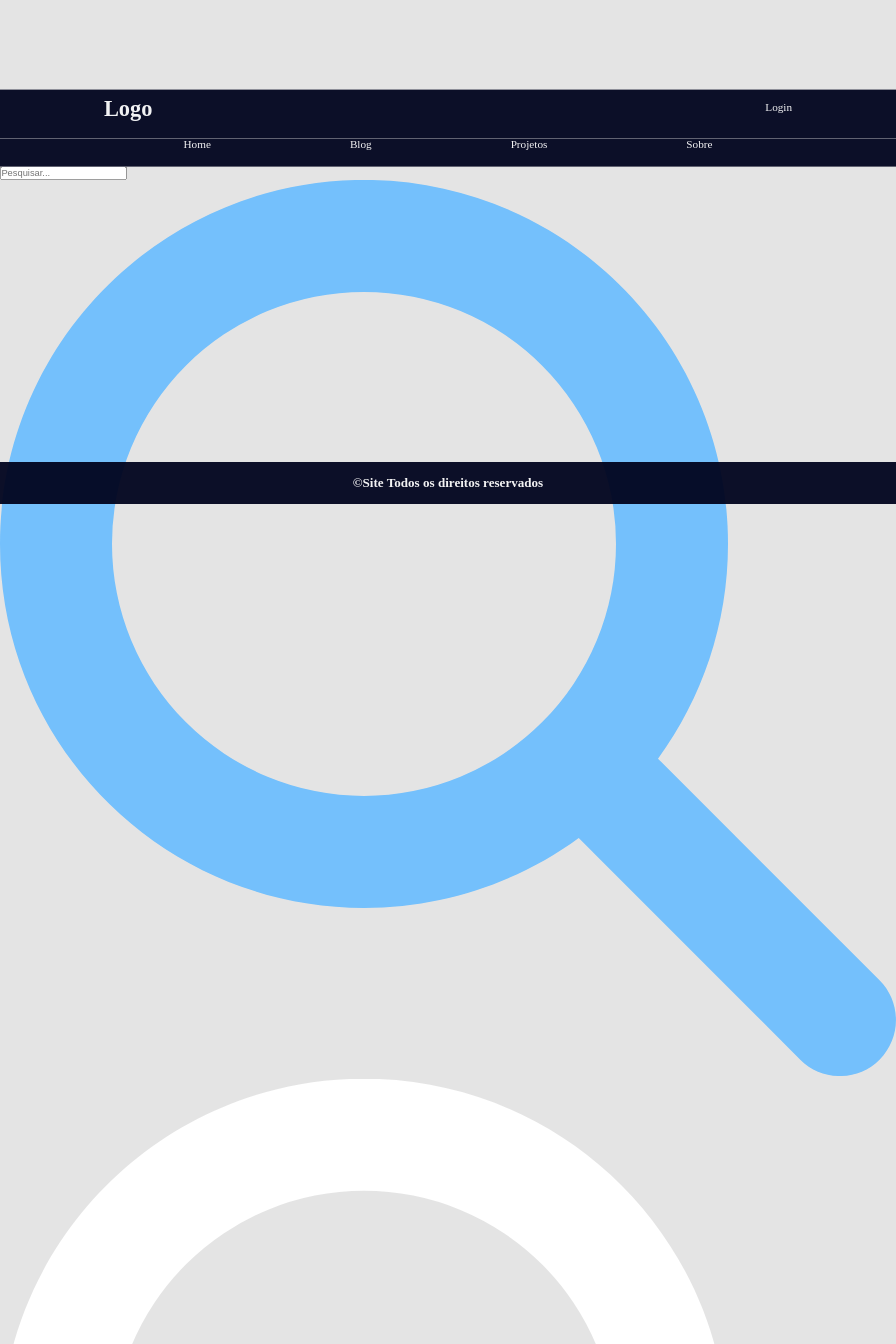
Repository: SauloMorais01/mysitefront-end
Page: src/pages/blog.html
The author's editor kept a copy of each file at every save. The page is drawn from the files as they stood at one save, then again after the next save.
The browser window is 1280 px wide. The pictures show the part of the page from y = 0 to 1920 px (the page is 3645 px tall before and 1088 px after), at 70% of full size.
Some web libraries are served in a nearby version.

Above is the page before, as saved 2024-11-03 12:33:08.

After the next save:
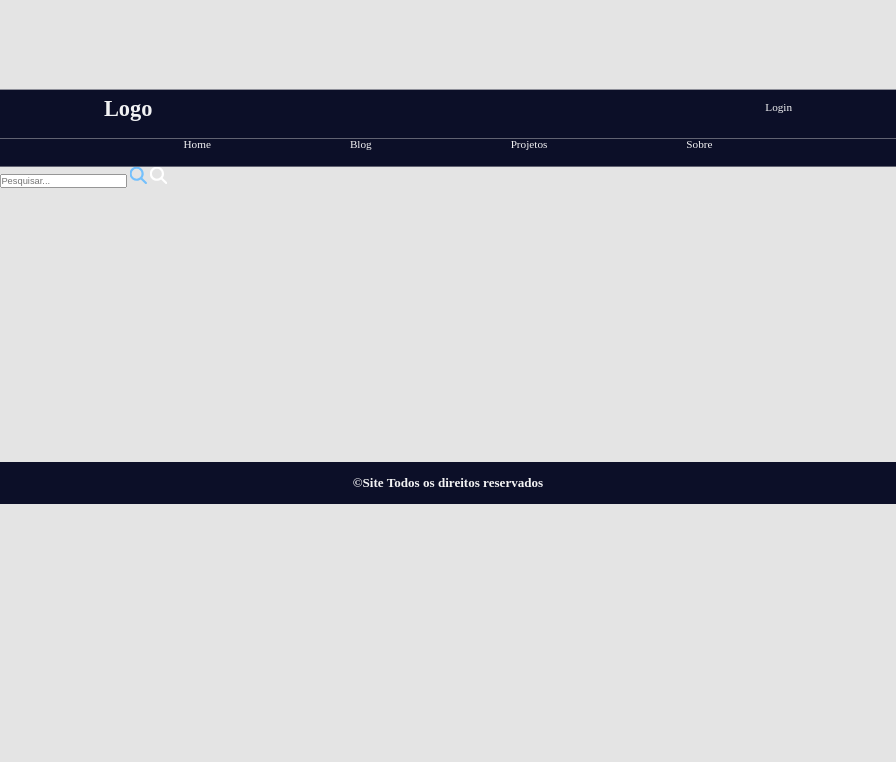
Saved 32 s later.
--- a/src/pages/blog.html
+++ b/src/pages/blog.html
@@ -56,8 +56,8 @@
     <section class="search-box">
         <input type="text" placeholder="Pesquisar..." class="search-text" name="search" id="search">
         <a class="search-btn">
-            <img src="../img/icone/magnifying-glass-solid.svg" alt="pesquisar">
-            <img src="../img/icone/magnifying-glass-solid-white.svg" alt="pesquisar">
+            <img src="../img/icone/magnifying-glass-solid.svg" width="25" height="25" alt="pesquisar">
+            <img src="../img/icone/magnifying-glass-solid-white.svg" width="25" height="25" alt="pesquisar">
         </a>
     </section>
 
